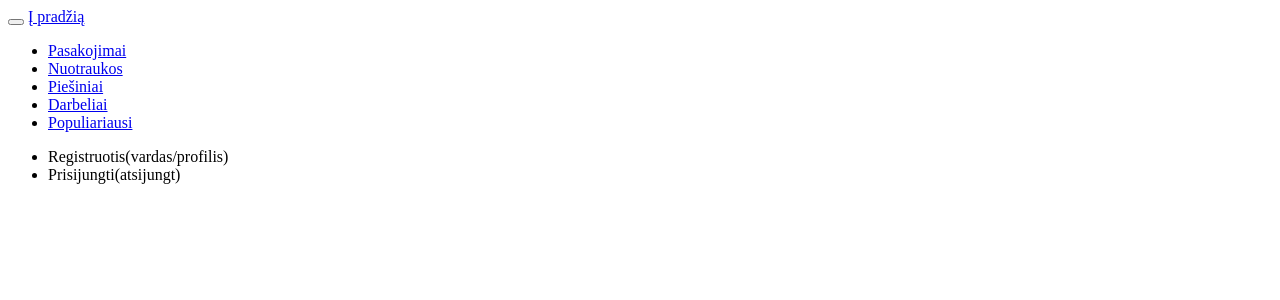
Repository: Skaidrius/Blogas
Page: templates/partials/header.html
The author's editor kept a record of every edit. The page is drawn from the files as they stood at one moment, then again after the next edit.
The browser window is 1280 px wide. The pictures show the whole page.

Above is the page before.

After the next edit:
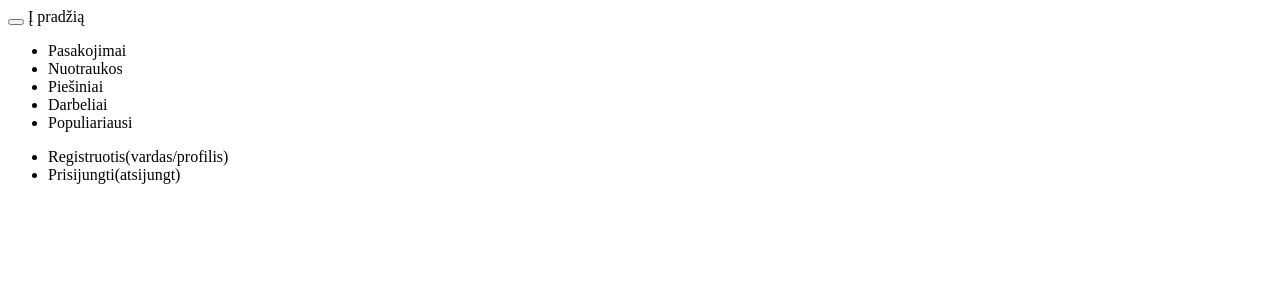
The edit:
--- a/templates/partials/header.html
+++ b/templates/partials/header.html
@@ -8,15 +8,15 @@
         <span class="icon-bar"></span>
         <span class="icon-bar"></span>
       </button>
-      <a class="navbar-brand" href="#/">Į pradžią</a>
+      <a class="navbar-brand" ui-sref="/">Į pradžią</a>
     </div>
     <div class="collapse navbar-collapse" collapse="isCollapsed">
       <ul class="nav navbar-nav">
-        <li><a class="text-center" href="#/tales">Pasakojimai</a></li>
-        <li><a class="text-center" href="#/photos">Nuotraukos</a></li>
-        <li><a class="text-center" href="#/arts">Piešiniai</a></li>
-        <li><a class="text-center" href="#/creations">Darbeliai</a></li>
-        <li><a class="text-center" href="#/popular">Populiariausi</a></li>
+        <li><a class="text-center" ui-sref="#/tales">Pasakojimai</a></li>
+        <li><a class="text-center" ui-sref="#/photos">Nuotraukos</a></li>
+        <li><a class="text-center" ui-sref="#/arts">Piešiniai</a></li>
+        <li><a class="text-center" ui-sref="#/creations">Darbeliai</a></li>
+        <li><a class="text-center" ui-sref="#/popular">Populiariausi</a></li>
       </ul>
 
       <ul class="nav navbar-nav navbar-right" ng-controller="LoginCtrl">
